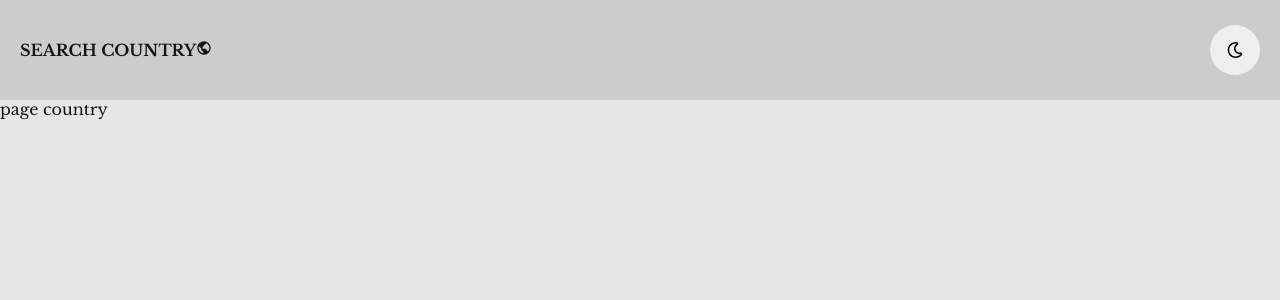
Repository: YuraKrvz/country_search
Page: /country
The author's editor kept a copy of each file at every save. The page is drawn from the files as they stood at one save, then again after the next save.
The browser window is 1280 px wide. The pictures show the whole page.
The project was rebuilt for these pictures with package versions that can differ from the ones it lists, and the page was loaded fresh each time. Also part of the build but not shown: src/pages/PageHome.jsx. Imported but missing from the stored project, and not drawn on this page: src/components/ListCountries.

Above is the page before, as saved 2021-12-10 15:03:46.

### src/index.css
@import '~normalize.css';
@import url('https://fonts.googleapis.com/css2?family=Libre+Baskerville:ital,wght@0,400;0,700;1,400&family=Poppins:wght@100;200;300;400;500;600;700&display=swap');

*{
   box-sizing: border-box;
}
:root{
   --font-f: 'Libre Baskerville', serif;
   --font-sm: 14px;
   --font-md: 16px;

   --fw-light: 300;
   --fw-bold: 800;

}

body[data-theme='light']{
   --colors-text: hsl(200, 15%, 8%);
  --colors-bg: hsl(0, 0%, 90%);
  --colors-ui-base: hsl(0, 0%, 80%);

  --shadow: rgba(149, 157, 165, 0.2) 0px 8px 24px;
}
body[data-theme='dark']{
   --colors-text: hsl(0, 0%, 100%);
   --colors-bg: hsl(207, 26%, 17%);
   --colors-ui-base: hsl(209, 23%, 22%);

   --shadow: rgba(245, 245, 245, 0.2) 0 0 8px;
}

body{
   margin: 0;
   font-family: var(--font-f);
   color: var(--colors-text);
   font-weight: var(--fw-light);
   background-color: var(--colors-bg);
}

### src/App.js
import {
  BrowserRouter,
  Routes,
  Route
} from "react-router-dom";
import PageHome from './pages/PageHome';
import PageCountry from './pages/PageCountry';
import Header from './components/Header';

function App() {
  return (
    <BrowserRouter>
      <Header />
      <Routes>
        <Route path='/' element={ <PageHome/> } />
        <Route path='country' element={ <PageCountry/> } />
      </Routes>
    </BrowserRouter>
  );
}

export default App;

### src/pages/PageCountry.jsx
function PageCountry() {
   return (
      <div>
         page country
      </div>
   )
}

export default PageCountry

### src/components/Header.jsx
import styled from 'styled-components';
import ThemeToggler from './ThemeToggler';
import {BiWorld} from 'react-icons/bi';

const WrapperHeader = styled.header`
   display: flex;
   justify-content: space-between;
   align-items: center;
   height: 100px;
   width: 100%;
   padding: 20px;
   background-color: var(--colors-ui-base);

`;
const Title = styled.h1`
   color: var(--colors-text);
   font-size: var(--font-md);
   font-weight: var(--fw-bold);
   text-transform: uppercase;
`;

function Header() {
   return (
      <WrapperHeader>
         <Title>
            Search country
            <BiWorld />
         </Title>
         <ThemeToggler />
      </WrapperHeader>
   )
}

export default Header;

### src/components/ThemeToggler.jsx
import {useState, useEffect} from 'react';
import styled from 'styled-components';
import {FaMoon, FaRegMoon} from 'react-icons/fa';

const Button = styled.button`
   display: flex;
   justify-content: center;
   align-items: center;
   width: 50px;
   height: 50px;
   border-radius: 50%;
   border: none;
`;

function ThemeToggler() {
   const [theme, setTheme] = useState('light');
   const toggleTheme = ()=> setTheme(theme === 'light' ? 'dark' : 'light');

   useEffect(()=>{
      document.body.setAttribute('data-theme', theme)
   },[theme])

   return (
      <Button onClick={toggleTheme}>
         {
            theme === 'light' ? <FaRegMoon /> : <FaMoon />
         }
      </Button>
   )
}

export default ThemeToggler

Loaded but not shown: public/index.html (common file); src/index.js (common file)

After the next save:
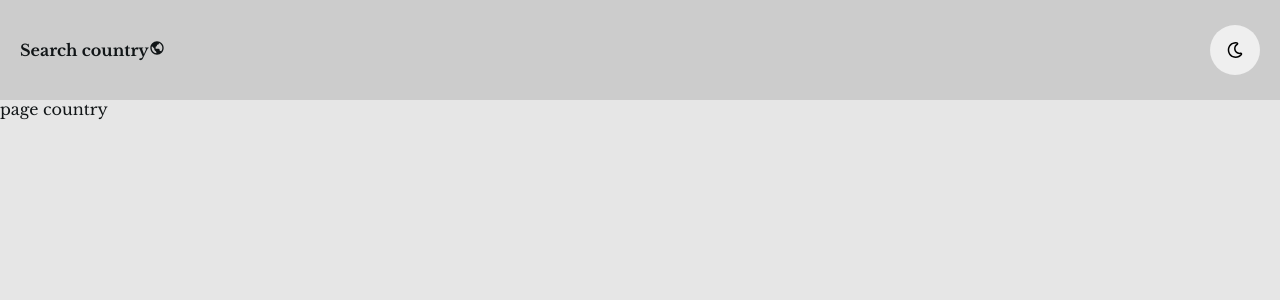
Saved 12 s later.
--- a/src/components/Header.jsx
+++ b/src/components/Header.jsx
@@ -16,7 +16,7 @@
    color: var(--colors-text);
    font-size: var(--font-md);
    font-weight: var(--fw-bold);
-   text-transform: uppercase;
+   // text-transform: uppercase;
 `;
 
 function Header() {

After the save that followed:
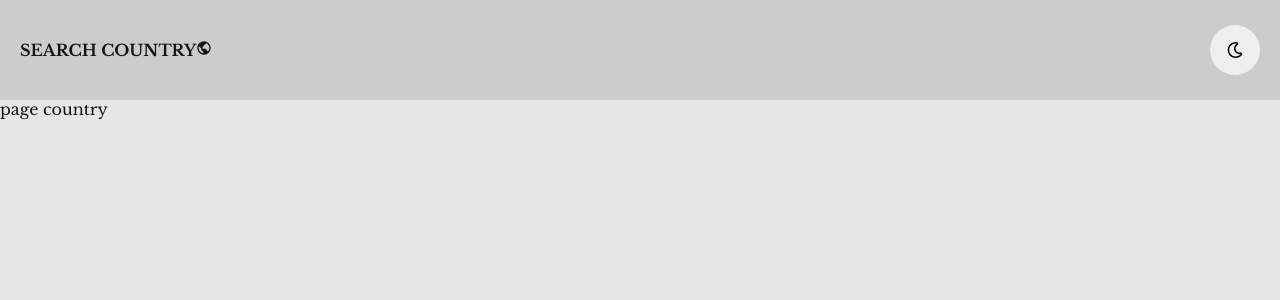
Saved 7 s later.
--- a/src/components/Header.jsx
+++ b/src/components/Header.jsx
@@ -16,7 +16,7 @@
    color: var(--colors-text);
    font-size: var(--font-md);
    font-weight: var(--fw-bold);
-   // text-transform: uppercase;
+   text-transform: uppercase;
 `;
 
 function Header() {
